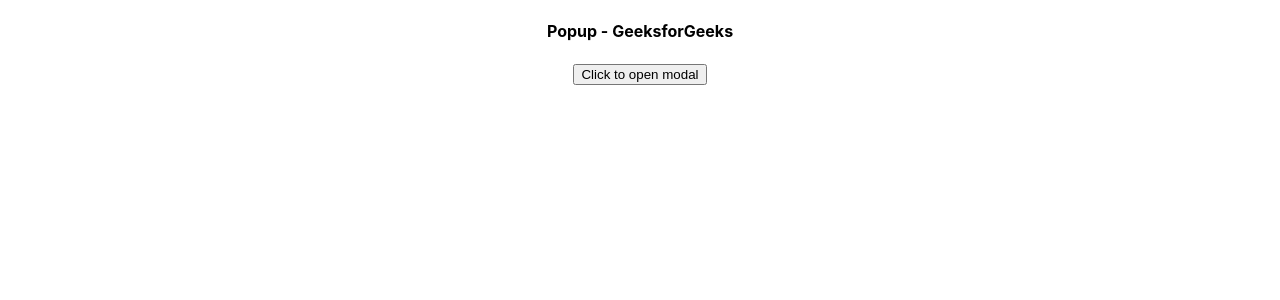
Repository: drumsmanku/react-module-test
Page: /
An editor plug-in stored every save of this project. The page is shown before and after the next save, followed by the edit.
The browser window is 1280 px wide. The pictures show the whole page.
The project was rebuilt for these pictures with package versions that can differ from the ones it lists, and the page was loaded fresh each time.

Above is the page before, as saved 2023-06-06 20:54:54.

### src/App.js
import './App.css';
import PopUp from './Components/PopUp';

function App() {
  return (
    <div className="App">
      <PopUp/>
    </div>
  );
}

export default App;

### src/Components/PopUp.js
import React from 'react';
import Popup from 'reactjs-popup';
import 'reactjs-popup/dist/index.css';


function PopUp() {
  return (
    <div>
      <h4>Popup - GeeksforGeeks</h4>
            <Popup trigger=
                {<button> Click to open modal </button>}
                modal nested>
                {
                    close => (
                        <div className='modal'>
                            <div className='content'>
                                Welcome to GFG!!!
                            </div>
                            <div>
                                <button onClick=
                                    {() => close()}>
                                        Close modal
                                </button>
                            </div>
                        </div>
                    )
                }
            </Popup>
    </div>
  )
}

export default PopUp

Loaded but not shown: public/index.html (common file); src/index.js (common file); src/index.css (common file); src/App.css (common file)

After the next save:
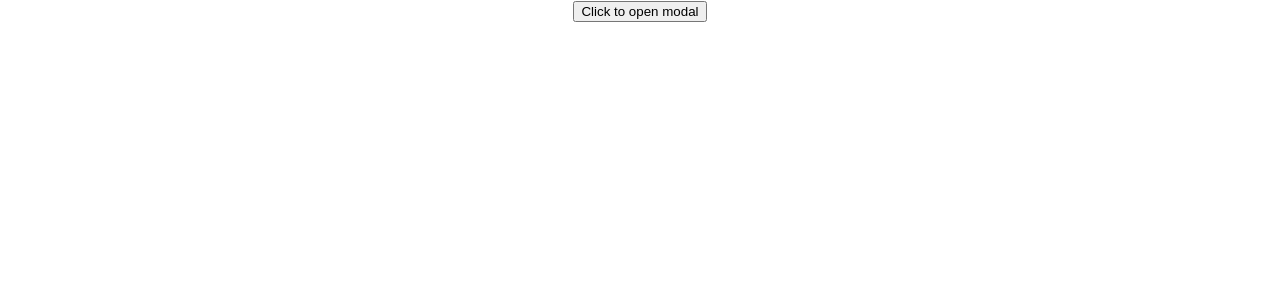
Saved 3 min 6 s later.
--- a/src/Components/PopUp.js
+++ b/src/Components/PopUp.js
@@ -1,33 +1,22 @@
-import React from 'react';
-import Popup from 'reactjs-popup';
-import 'reactjs-popup/dist/index.css';
-
+import React from "react";
+import Popup from "reactjs-popup";
+import "reactjs-popup/dist/index.css";
 
 function PopUp() {
   return (
     <div>
-      <h4>Popup - GeeksforGeeks</h4>
-            <Popup trigger=
-                {<button> Click to open modal </button>}
-                modal nested>
-                {
-                    close => (
-                        <div className='modal'>
-                            <div className='content'>
-                                Welcome to GFG!!!
-                            </div>
-                            <div>
-                                <button onClick=
-                                    {() => close()}>
-                                        Close modal
-                                </button>
-                            </div>
-                        </div>
-                    )
-                }
-            </Popup>
+      <Popup trigger={<button> Click to open modal </button>} modal nested>
+        {(close) => (
+          <div className="modal">
+            <div className="content">Welcome to GFG!!!</div>
+            <div>
+              <button onClick={() => close()}>Close modal</button>
+            </div>
+          </div>
+        )}
+      </Popup>
     </div>
-  )
+  );
 }
 
-export default PopUp
+export default PopUp;
